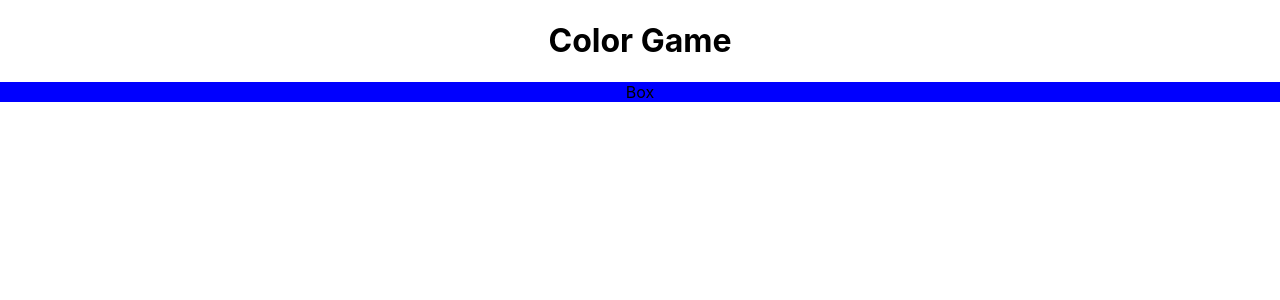
Repository: johnmutina/shades_of_blue
Page: /
An editor plug-in stored every save of this project. The page is shown before and after a run of saves, followed by the edit.
The browser window is 1280 px wide. The pictures show the whole page.
The project was rebuilt for these pictures with package versions that can differ from the ones it lists, and the page was loaded fresh each time.

Above is the page before, as saved 2019-06-22 14:21:47.

### src/App.js
import React from 'react';
import ColorBoxes from './ColorBoxes';
import './App.css';

function App() {
  return (
    <div className="App">
      <ColorBoxes />
    </div>
  );
}

export default App;

### src/ColorBoxes.js
import React, { Component } from 'react';
import ColorBox from './ColorBox';

class ColorBoxes extends Component {
    constructor(props){
        super(props);
        this.state = {

        }
    }
    render(){
        let colorArr = ['#FF6633', '#FFB399', '#FF33FF', '#FFFF99', '#00B3E6', '#E6B333', '#3366E6', '#999966', '#99FF99', '#B34D4D', '#80B300', '#809900', '#E6B3B3', '#6680B3', '#66991A', '#FF99E6', '#CCFF1A', '#FF1A66', '#E6331A', '#33FFCC', '#66994D', '#B366CC', '#4D8000', '#B33300', '#CC80CC', '#66664D', '#991AFF', '#E666FF', '#4DB3FF', '#1AB399', '#E666B3', '#33991A', '#CC9999', '#B3B31A', '#00E680', '#4D8066', '#809980', '#E6FF80', '#1AFF33', '#999933', '#FF3380', '#CCCC00', '#66E64D', '#4D80CC', '#9900B3', '#E64D66', '#4DB380', '#FF4D4D', '#99E6E6', '#6666FF'];

        return (
            <div>
                <h1>Color Game</h1>
                <ColorBox color="blue"/>
            </div>
        )
    }
}

export default ColorBoxes;

### src/ColorBox.js
import React, { Component } from 'react';

class ColorBox extends Component {
    render(){
        return (
            <div style={{backgroundColor: this.props.color}}>Box</div>
        )
    }
}

export default ColorBox;

Loaded but not shown: public/index.html (common file); src/index.js (common file); src/index.css (common file); src/serviceWorker.js (common file); src/App.css (common file)

After the next 3 saves:
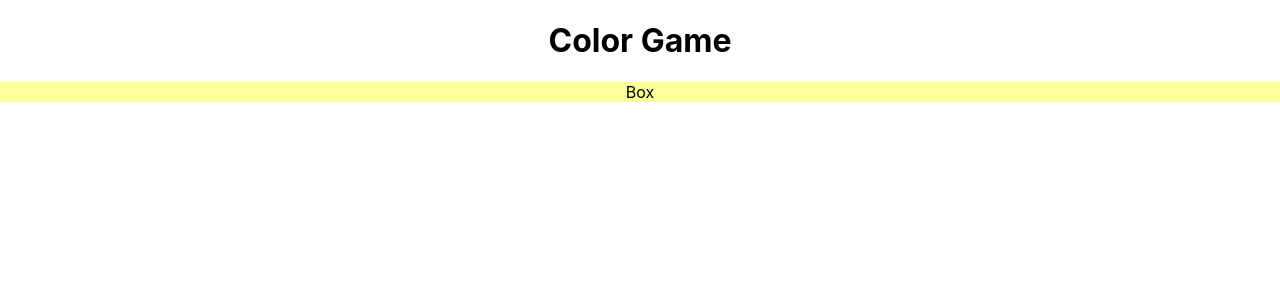
The 3 saves are shown as one change because they came seconds apart.
The last was saved 20 s later.
--- a/src/ColorBoxes.js
+++ b/src/ColorBoxes.js
@@ -14,7 +14,7 @@ class ColorBoxes extends Component {
         return (
             <div>
                 <h1>Color Game</h1>
-                <ColorBox color="blue"/>
+                <ColorBox color={colorArr[3]}/>
             </div>
         )
     }
